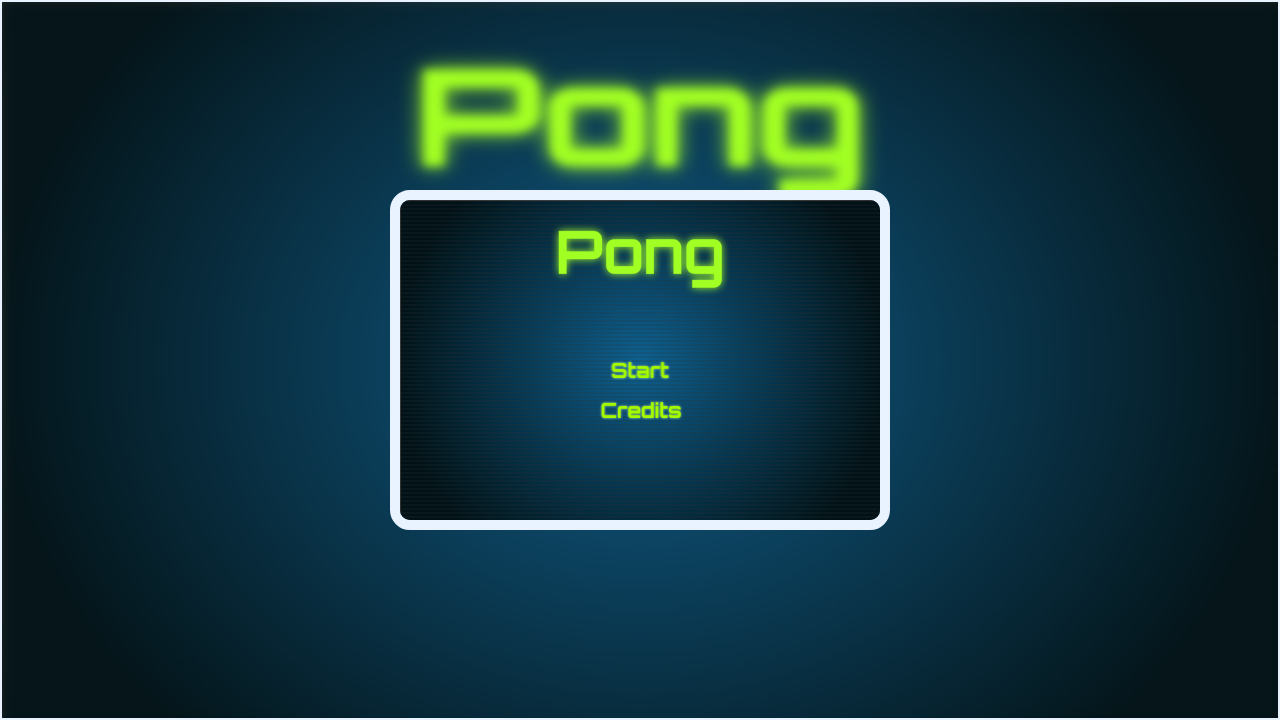
Repository: nourHellani/PongGame
Page: index.html
These files come from the project's save history. The page is drawn as it stood at one moment and after the next save; the edit follows.
The browser window is 1280 px wide. The pictures show the whole page.

Above is the page before, as saved 2023-02-03 16:39:40.

### index.html

<!DOCTYPE html>
<html>

<head>

	<title>Pong Game</title>
	<link rel="stylesheet" href="style.css" />

</head>

<body onload="Main();">

	<canvas id="Pong" width="480" height="320"></canvas>
	<script src="easel.js"></script>
	<script src="Tween.js"></script>
	<script src="sound.js"></script>
	<script src="Main.js"></script>
	<script src="https://code.jquery.com/jquery-3.5.1.min.js"></script>

</body>

</html>

### style.css
html {
    scroll-behavior: smooth;
}

body {
    margin: 0;
    padding: 0;
    box-sizing: border-box;
    border: 2px solid #e9f2ff;
    background: url("assets/png/main.png") no-repeat center center;
    background-size: 100% 100%;
    backdrop-filter: blur(5px);
    width: 100%;
    height: 100vh;
}
canvas {
    position: absolute;
    top: 0;
    left: 0;
    bottom: 0;
    right: 0;
    margin: auto;
    border: 10px solid #e9f2ff;
    border-radius: 20px;
}
@media screen and (min-width: 980px) and (max-width: 320px) and (orientation: landscape) {
    html {
      transform: rotate(-90deg);
      transform-origin: left top;
      width: 100vh;
      overflow-x: hidden;
      position: absolute;
      top: 100%;
      left: 0;
    }
  }

### sound.js
/**
* EaselJS
* Visit http://easeljs.com/ for documentation, updates and examples.
*
* Copyright (c) 2011 Grant Skinner
*
* Permission is hereby granted, free of charge, to any person
* obtaining a copy of this software and associated documentation
* files (the "Software"), to deal in the Software without
* restriction, including without limitation the rights to use,
* copy, modify, merge, publish, distribute, sublicense, and/or sell
* copies of the Software, and to permit persons to whom the
* Software is furnished to do so, subject to the following
* conditions:
*
* The above copyright notice and this permission notice shall be
* included in all copies or substantial portions of the Software.
*
* THE SOFTWARE IS PROVIDED "AS IS", WITHOUT WARRANTY OF ANY KIND,
* EXPRESS OR IMPLIED, INCLUDING BUT NOT LIMITED TO THE WARRANTIES
* OF MERCHANTABILITY, FITNESS FOR A PARTICULAR PURPOSE AND
* NONINFRINGEMENT. IN NO EVENT SHALL THE AUTHORS OR COPYRIGHT
* HOLDERS BE LIABLE FOR ANY CLAIM, DAMAGES OR OTHER LIABILITY,
* WHETHER IN AN ACTION OF CONTRACT, TORT OR OTHERWISE, ARISING
* FROM, OUT OF OR IN CONNECTION WITH THE SOFTWARE OR THE USE OR
* OTHER DEALINGS IN THE SOFTWARE.
**/
(function(m){function a(){throw"SoundJS cannot be instantiated";}function n(a,d){this.instances=[];this.name=a;this.src=d;this.loaded=this.canPlay=false;this.length=0}a.AUDIO_TIMEOUT=8E3;a.INTERRUPT_ANY=1;a.INTERRUPT_EARLY=2;a.INTERRUPT_LATE=3;a.INTERRUPT_NONE=4;a.onProgress=null;a.onSoundTimeout=null;a.onSoundLoadError=null;a.onSoundLoadComplete=null;a.onLoadQueueComplete=null;a.onSoundComplete=null;a.soundHash=[];a.loadQueue=[];a.itemsToLoad=0;a.instanceCount=0;a.INST_MAX=35;a.FT=0.0010;a.AUDIO_ERROR=
"error";a.AUDIO_PROGRESS="progress";a.AUDIO_COMPLETE="canplaythrough";a.AUDIO_ENDED="ended";a.AUDIO_STALLED="stalled";a._master=1;a._currentLoad=0;a.add=function(b,d,c){a.loadQueue.push({name:b,src:d,instances:c});a.loadQueue.length==1?(a.itemsToLoad=1,a.loadNext()):a.itemsToLoad++};a.addBatch=function(b){for(var d=b.length;b.length;)a.loadQueue.push(b.shift());a.loadQueue.length==d?(a.loadNext(),a.itemsToLoad=d):a.itemsToLoad++};a.play=function(b,d,c,e,f){if(b==null||a.soundHash[b]==null||a.soundHash[b].length==
0||d!=a.INTERRUPT_ANY&&d!=a.INTERRUPT_EARLY&&d!=a.INTERRUPT_LATE&&d!=a.INTERRUPT_NONE&&d!=null)return NaN;if(d==null)d=a.INTERRUPT_NONE;e==null&&(e=false);f||(f=0);c==null||c>1?c=1:c<0&&(c=0);if(f>0)setTimeout(function(){a.beginPlaying(b,d,c,e)},f);else return a.beginPlaying(b,d,c,e);return-1};a.getMasterVolume=function(){return a._master};a.setMasterVolume=function(b){if(Number(b)!=null){b<0?b=0:b>1&&(b=1);var d,c,e;d=a._master;a._master=b;if(a._master!=d)for(e in a.soundHash){c=a.soundHash[e];d=
c.length;for(b=0;b<d;b++)c[b].volume=c[b].storedVolume*a._master}}};a.remove=function(b,d){var c,e,f;if(b==null)for(c in a.soundHash){f=a.soundHash[c];e=f.length;do a.stop(c,e-1),f[e-1].currentSrc="",document.body.removeChild(f[e-1]),f.pop(),e=f.length,a.instanceCount--;while(e)}else{f=a.soundHash[b];if(f==null)return false;e=f.length;if(d==null){do a.stop(b,e-1),f[e-1].currentSrc="",document.body.removeChild(f[e-1]),f.pop(),e=f.length,a.instanceCount--;while(e)}else{if(d<=0||e<=0)return false;e--;
for(c=0;c<=e&&c<d;c++)a.stop(b,e-c),f[e-c].currentSrc="",document.body.removeChild(f[e-c]),f.pop(),a.instanceCount--}}return true};a.setVolume=function(b,d,c){var e,f;if(b==null)return false;b*=a._master;if(d==null)for(f in a.soundHash){e=a.soundHash[f];d=e.length;for(c=0;c<d;c++)e[c].storedVolume=b,e[c].volume=b}else{e=a.soundHash[d];if(e==null)return false;d=e.length;if(c==null)for(c=0;c<d;c++)e[c].storedVolume=b,e[c].volume=b;else{if(d<=c)return false;e[c].storedVolume=b;e[c].volume=b}}return true};
a.getVolume=function(b,d){var c=a.soundHash[b];return c==null||c.length==0?-1:d==null?c[1].storedVolume:c.length<d?-1:c[d].storedVolume};a.setMute=function(b,d,c){var e,f;if(b==null)return false;if(d==null)for(f in a.soundHash){e=a.soundHash[f];d=e.length;for(c=0;c<d;c++)e[c].muted=b}else{e=a.soundHash[d];if(e==null)return false;d=e.length;if(c==null)for(c=0;c<d;c++)e[c].muted=b;else{if(d<=c)return false;e[c].muted=b}}return true};a.pause=function(b,d){var c,e,f,g;if(b==null)for(g in a.soundHash){f=
a.soundHash[g];e=f.length;for(c=0;c<e;c++)f[c].pause()}else{f=a.soundHash[b];if(f==null)return false;e=f.length;if(d==null)for(c=0;c<e;c++)f[c].pause();else{if(e<=d)return false;f[d].pause()}}return true};a.resume=function(b,d){var c,e,f,g;if(b==null)for(g in a.soundHash){e=a.soundHash[g].length;for(c=0;c<e;c++)f=a.soundHash[g][c],(f.loop||f.currentTime!=f.duration&&f.currentTime!=0)&&f.play()}else{if(a.soundHash[b]==null)return false;e=a.soundHash[b].length;if(d==null)for(c=0;c<e;c++)f=a.soundHash[b][c],
(f.loop||f.currentTime!=f.duration&&f.currentTime!=0)&&f.play();else{if(e<=d)return false;f=a.soundHash[b][d];(f.loop||f.currentTime!=f.duration&&f.currentTime!=0)&&f.play()}}return true};a.stop=function(b,d){var c,e,f,g;if(b==null)for(g in a.soundHash){e=a.soundHash[g].length;for(c=0;c<e;c++){f=a.soundHash[g][c];try{f.currentTime=0}catch(h){}f.pause()}}else{if(a.soundHash[b]==null)return false;e=a.soundHash[b].length;if(d==null)for(c=0;c<e;c++)f=a.soundHash[b][c],f.currentTime=0,f.pause();else{if(e<=
d)return false;f=a.soundHash[b][d];f.currentTime=0;f.pause()}}return true};a.isLoaded=function(b){var d=true,c;if(b==null)for(c in a.soundHash){if(d=d&&a.soundHash[c]&&a.soundHash[c][0]&&a.soundHash[c][0].loaded,!d)break}else return a.soundHash[b]&&a.soundHash[b][0]&&a.soundHash[b][0].loaded;return d};a.getNumInstances=function(b){return b==null?instanceCount:a.soundHash[b]?a.soundHash[b].length:-1};a.getMaxInstances=function(){return a.INST_MAX};a.getCurrentLoadProgress=function(){return(a.itemsToLoad-
a.loadQueue.length-(1-a._currentLoad))/a.itemsToLoad};a.getInstance=function(b,d){return b==null||d<0||!a.soundHash[b]||!a.soundHash[b][d]?null:a.soundHash[b][d]};a.beginPlaying=function(b,d,c,e){var f,g,h,i=false,j=a.soundHash[b];if(!j[0].loaded)throw Error("Audio is not loaded. The source(s) are either not found, or the correct audio formats are not provided.");for(var k=j.length,b=0;b<k;b++){h=j[b];g==null&&d!=a.INTERRUPT_ANY&&d!=a.INTERRUPT_NONE&&(g=h,f=b);if(h.currentTime>=h.duration-a.FT&&!h.loop||
h.currentTime==0&&h.paused)i=true,k=b;else if(d==a.INTERRUPT_EARLY&&h.currentTime<g.currentTime||d==a.INTERRUPT_LATE&&h.currentTime>g.currentTime)i=true;i&&(g=h,f=b)}d==a.INTERRUPT_ANY&&!g&&(g=j[0],f=0);return g?(g.loop=e,g.storedVolume=c,g.volume=c*a._master,g.currentTime=0,g.paused&&g.play(),f):-1};a.loadNext=function(){if(a.loadQueue.length<=0){if(a.onLoadQueueComplete)a.onLoadQueueComplete()}else{var b=a.loadQueue.shift(),d=b.instances||1,c=b.name,b=b.src,e=a.soundHash[c];if(e==null)e=a.soundHash[c]=
[];else if(e.length)b=e[0].src;for(var f=e=e.length,d=e+d;f<d;f++){var g=document.createElement("audio");if(f==e)g.timeoutId=setTimeout(function(){a.handleAudioTimeout(g)},a.AUDIO_TIMEOUT),g.addEventListener(a.AUDIO_COMPLETE,a.handleAudioComplete,false),g.addEventListener(a.AUDIO_PROGRESS,a.handleProgress,false),g.addEventListener(a.AUDIO_STALLED,a.handleAudioStall,false),g.addEventListener(a.AUDIO_ERROR,a.handleAudioError,false),g.loaded=false;g.addEventListener(a.AUDIO_ENDED,a.handleEnded,false);
g.setAttribute("id",c+"_"+f);g.setAttribute("preload","auto");var h;if(b instanceof Array)for(var i=0,j=b.length;i<j;i++){var k=g.appendChild(document.createElement("source"));h=a.getType(b[i]);k.setAttribute("type",h);k.setAttribute("src",b[i])}else h=a.getType(b),g.setAttribute("type",h),g.setAttribute("src",b);g.load();document.body.appendChild(g);a.soundHash[c].push(g);a.instanceCount++}}};a.getType=function(a){switch(a.slice(a.lastIndexOf(".")+1)){case "mp3":return"audio/mpeg";case "ogg":return"audio/ogg";
case "wav":return"audio/wav";default:throw"'"+a+"' is not a recognized audio file";}};a.handleEnded=function(){if(a.onSoundEnded){var b=this.id.split("_");a.onSoundEnded(this,b[0],b[1])}};a.handleAudioTimeout=function(b){if(a.onSoundTimeout){var d=b.id.split("_");a.onSoundTimeout(b,d[0],d[1])}a.loadNext()};a.handleProgress=function(){try{this.buffered.end()}catch(b){return}a._currentLoad=this.buffered.end()/this.duration;if(a.onProgress)a.onProgress(a.getCurrentLoadProgress())};a.handleAudioError=
function(){clearTimeout(this.timeoutId);if(a.onSoundLoadError){var b=this.id.split("_");a.onSoundLoadError(this,b[0],b[1])}a.loadNext()};a.handleAudioComplete=function(){var b=this.id.split("_");this.removeEventListener(a.AUDIO_COMPLETE,a.handleAudioComplete,false);clearTimeout(this.timeoutId);this.loaded=true;if(a.onSoundLoadComplete)a.onSoundLoadComplete(this,b[0],b[1]);a.loadNext()};a.handleAudioStall=function(a){setTimeout(function(){testAudioStall(a)},0)};a.testAudioStall=function(){var b=this.id.split("_");
if(!a.soundHash[b[0]][b[1]].loaded){if(a.onStall)a.onStall(this,b[0],b[1]);a.loadNext()}};m.SoundJS=a;var l=n.prototype;l.add=function(a){this.instances.push(a);this.length=this.instances.length;this.instances.length==1&&a.addEventListener("canplaythrough",function(){a.canplaythrough()})};l.remove=function(a){this.instances.splice(a,1);this.length=this.instances.length};l.canplaythrough=function(){this.loaded=true};m.SoundJSElement=n})(window);

### Main.js
let counter = 0;
let timeout;
let timer_on = 0;
/* Define Canvas */

var canvas;
var stage;

// Graphics
//[This variable stores the title background image]

var bgImg = new Image();
var bg;

//[Title View]
//These variables store its components.

var mainImg = new Image();
var main;
var startBImg = new Image();
var startB;
var creditsBImg = new Image();
var creditsB;

//[Title View Group]

var TitleView = new Container();

//[Credits]
//This view will show the credits, year and copyright of the game, these variables will be used to store it.

var creditsViewImg = new Image();
var credits;

//[Game View]
//The next variables store the individual graphics that appear in the Game View:

var playerImg = new Image();
var player;
var ballImg = new Image();
var ball;
var cpuImg = new Image();
var cpu;
var winImg = new Image();
var win;
var loseImg = new Image();
var lose;
var timeupImg = new Image();
var timeup;

//[Score]
//The score values will be handled by the next variables:

var playerScore;
var cpuScore;
var timer;
var time;

// Variables
var xSpeed = 5; //Horizontal speed of the ball
var ySpeed = 5; //Vertical speed of the ball
var gfxLoaded = 0; //used as a preloader, counts the already loaded items
var tkr = new Object(); //used as an event listener to the Ticker


// Main Function
//  // While resizing,
window.addEventListener("resize", () => {
  Resize();
});

function Main() {

  /* Link Canvas */
  canvas = document.getElementById("Pong");
  stage = new Stage(canvas);


  /* Sound */

  SoundJS.addBatch([
    { name: "hit", src: "assets/mp3/hit.mp3", instances: 1 }, // played when the ball hits a paddle
    { name: "playerScore", src: "assets/mp3/playerScore.mp3", instances: 1 }, //played when they player scores
    { name: "enemyScore", src: "assets/mp3/enemyScore.mp3", instances: 1 }, //played when the enemy scores
    { name: "wall", src: "assets/mp3/wall.mp3", instances: 1 }, //played when the ball hits the top or bottom boundary
  ]);

  /* Load GFX */

  bgImg.src = "assets/png/bg.png";
  bgImg.name = "bg";
  bgImg.onload = loadGfx;

  mainImg.src = "assets/png/main.png";
  mainImg.name = "main";
  mainImg.onload = loadGfx;

  startBImg.src = "assets/png/startB.png";
  startBImg.name = "startB";
  startBImg.onload = loadGfx;

  creditsBImg.src = "assets/png/creditsB.png";
  creditsBImg.name = "creditsB";
  creditsBImg.onload = loadGfx;

  creditsViewImg.src = "assets/png/credits.png";
  creditsViewImg.name = "credits";
  creditsViewImg.onload = loadGfx;

  playerImg.src = "assets/png/paddle.png";
  playerImg.name = "player";
  playerImg.onload = loadGfx;

  ballImg.src = "assets/png/ball.png";
  ballImg.name = "ball";
  ballImg.onload = loadGfx;

  cpuImg.src = "assets/png/paddle.png";
  cpuImg.name = "cpu";
  cpuImg.onload = loadGfx;

  winImg.src = "assets/png/win.png";
  winImg.name = "win";
  winImg.onload = loadGfx;

  loseImg.src = "assets/png/lose.png";
  loseImg.name = "lose";
  loseImg.onload = loadGfx;

  timeupImg.src = 'assets/png/timesUp.png';
	timeupImg.name = 'timeup';
	timeupImg.onload = loadGfx;

  /* Ticker */

  Ticker.setFPS(30);
  Ticker.addListener(stage);
}

//Every time a graphic is loaded this function will run.
//It will assign each image to a bitmap object and check
// thatall the elements are loaded before proceeding
function loadGfx(e) {
  if ((e.target.name = "bg")) {
    bg = new Bitmap(bgImg);
  }
  if ((e.target.name = "main")) {
    main = new Bitmap(mainImg);
  }
  if ((e.target.name = "startB")) {
    startB = new Bitmap(startBImg);
  }
  if ((e.target.name = "creditsB")) {
    creditsB = new Bitmap(creditsBImg);
  }
  if ((e.target.name = "credits")) {
    credits = new Bitmap(creditsViewImg);
  }
  if ((e.target.name = "player")) {
    player = new Bitmap(playerImg);
  }
  if ((e.target.name = "ball")) {
    ball = new Bitmap(ballImg);
  }
  if ((e.target.name = "cpu")) {
    cpu = new Bitmap(cpuImg);
  }
  if ((e.target.name = "win")) {
    win = new Bitmap(winImg);
  }
  if ((e.target.name = "lose")) {
    lose = new Bitmap(loseImg);
  }
  if((e.target.name = 'timeup')){
    timeup = new Bitmap(timeupImg);
  }

  gfxLoaded++;

  if (gfxLoaded == 11) {
    addTitleView();
  }
}

// Add Title View Function
//When all the graphics are loaded the Title View is added to the stage by the following function:

function addTitleView() {
  startB.x = 240 - 31.5;
  startB.y = 160;
  startB.name = "startB";

  creditsB.x = 241 - 42;
  creditsB.y = 200;

  TitleView.addChild(main, startB, creditsB);
  stage.addChild(bg, TitleView);
  stage.update();

  // Button Listeners

  startB.onPress = tweenTitleView;
  creditsB.onPress = showCredits;
}

//The Credits screen is shown when the user clicks the credits button;
// a mouse listener is added to the full image to remove it.
function showCredits() {
  // Show Credits

  credits.x = 480;

  stage.addChild(credits);
  stage.update();
  Tween.get(credits).to({ x: 0 }, 300);
  credits.onPress = hideCredits;
}

// Hide Credits

function hideCredits(e) {
  Tween.get(credits).to({ x: 480 }, 300).call(rmvCredits);
}

// Remove Credits

function rmvCredits() {
  stage.removeChild(credits);
}

// Tween Title View

function tweenTitleView() {
  // Start Game
  Tween.get(TitleView).to({ y: -320 }, 300).call(addGameView);
}

// Add Game View

function addGameView() {
  // Destroy Menu & Credits screen

  stage.removeChild(TitleView);
  TitleView = null;
  credits = null;

  // Add Game View

  player.x = 2;
  player.y = 160 - 37.5;
  cpu.x = 480 - 25;
  cpu.y = 160 - 37.5;
  ball.x = 240 - 15;
  ball.y = 160 - 15;

  // Score

  playerScore = new Text("0", "bold 20px Arial", "#A3FF24");
  playerScore.maxWidth = 1000; //fix for Chrome 17
  playerScore.x = 211;
  playerScore.y = 20;

  cpuScore = new Text("0", "bold 20px Arial", "#A3FF24");
  cpuScore.maxWidth = 1000; //fix for Chrome 17
  cpuScore.x = 262;
  cpuScore.y = 20;

  timer = new Text('Timer:', 'bold 20px Arial', '#A3FF24');
	timer.maxWidth = 1000;	//fix for Chrome 17
	timer.x = 50;
	timer.y = 20;

	time = new Text('60', 'bold 20px Arial', '#A3FF24');
	time.maxWidth = 1000;	//fix for Chrome 17
	time.x = 120;
	time.y = 20;

  stage.addChild(playerScore, cpuScore,timer,time, player, cpu, ball);
  stage.update();

  // Start Listener

  bg.onPress = startGame;
}

// Player Movement

function movePaddle(e) {
  // Mouse Movement
  player.y = e.stageY;
}

// Start Game Function

function startGame(e) {
  bg.onPress = null;
  stage.onMouseMove = movePaddle;

  Ticker.addListener(tkr, false);
  tkr.tick = update;
}

/* Reset */

function reset() {
  ball.x = 240 - 15;
  ball.y = 160 - 15;
  player.y = 160 - 37.5;
  cpu.y = 160 - 37.5;

  stage.onMouseMove = null;
  Ticker.removeListener(tkr);
  bg.onPress = startGame;
}

// Update Function

function update() {
  // Ball Movement

  ball.x = ball.x + xSpeed;
  ball.y = ball.y + ySpeed;

  // Cpu Movement

  if (cpu.y < ball.y) {
    cpu.y = cpu.y + 2.5;
  } else if (cpu.y > ball.y) {
    cpu.y = cpu.y - 2.5;
  }

  // Wall Collision

  if (ball.y < 0) {
    ySpeed = -ySpeed;
    SoundJS.play("wall");
  } //Up
  if (ball.y + 30 > 320) {
    ySpeed = -ySpeed;
    SoundJS.play("wall");
  } //down

  if (!timer_on) {
    timer_on = 1;
    timedCount();
  }
  /* CPU Score */

  if (ball.x < 0) {
    xSpeed = -xSpeed;
    cpuScore.text = parseInt(cpuScore.text + 1);
    reset();
    SoundJS.play("enemyScore");
  }

  /* Player Score */

  if (ball.x + 30 > 480) {
    xSpeed = -xSpeed;
    playerScore.text = parseInt(playerScore.text + 1);
    reset();
    SoundJS.play("playerScore");
  }

  /* Cpu collision */

  if (
    ball.x + 30 > cpu.x &&
    ball.x + 30 < cpu.x + 22 &&
    ball.y >= cpu.y &&
    ball.y < cpu.y + 75
  ) {
    xSpeed *= -1;
    SoundJS.play("hit");
  }

  /* Player collision */

  if (
    ball.x <= player.x + 22 &&
    ball.x > player.x &&
    ball.y >= player.y &&
    ball.y < player.y + 75
  ) {
    xSpeed *= -1;
    SoundJS.play("hit");
  }

  /* Stop Paddle from going out of canvas */

  if (player.y >= 249) {
    player.y = 249;
  }

  /* Check for Win */

  if (playerScore.text == "1") {
    alert("win");
    clearTimeout(timeout);
    parseInt(time.text)=60; 		//to avoid loop of timeout

    reset();
    timer_on = 0;
  }

  /* Check for Game Over */

  if (cpuScore.text == "1") {
    alert("lose");
    clearTimeout(timeout);
    parseInt(time.text)=60; 		//to avoid loop of timeout

    reset();
    timer_on = 0;
  }

  // if(!timer_on && (parseInt(playerScore.text) == "1" || parseInt(cpuScore.text) == "1")){
  //   alert("lose");

  // }
}
function timedCount() {

  if ( parseInt(time.text) > 0  ) {
    time.text = parseInt(time.text - 1);
  }

 else {

 clearTimeout(timeout);
 alert('timeup');

 parseInt(time.text)=60; 		//to avoid loop of timeout

 reset();
 timer_on = 0;


}

 timeout = setTimeout(timedCount, 1000);
}


function alert(e) {
  Ticker.removeListener(tkr);
  stage.onMouseMove = null;
  bg.onPress = null;

  if (e == "win") {
    win.x = 140;
    win.y = -90;

    stage.addChild(win);
    Tween.get(win).to({ y: 115 }, 300);
  }
  else if(e == 'timeup')
	{
		timeup.x = 140;
		timeup.y = -90;

		stage.addChild(timeup);
		Tween.get(timeup).to({y: 115}, 300);


	}
  else if(e == 'lose')
  {
    lose.x = 140;
    lose.y = -90;

    stage.addChild(lose);
    Tween.get(lose).to({ y: 115 }, 300);
  }
}
function Resize() {
  // The minimum window's width should be 620. If not, alert comes.
  if (window.innerWidth <= 480) {
      alert("Please Rotate Your Device.");
      canvas.height = window.innerHeight;
      canvas.width = window.innerWidth;
  } else {
      // Or the canvas width and height resets.
      canvas.width = 480;
      canvas.height = 320;
  }
}
// Plays the Resize function once to test if the user's window is perfectly matches.

Loaded but not shown: easel.js (library); Tween.js (420 lines, source omitted)

After the next save:
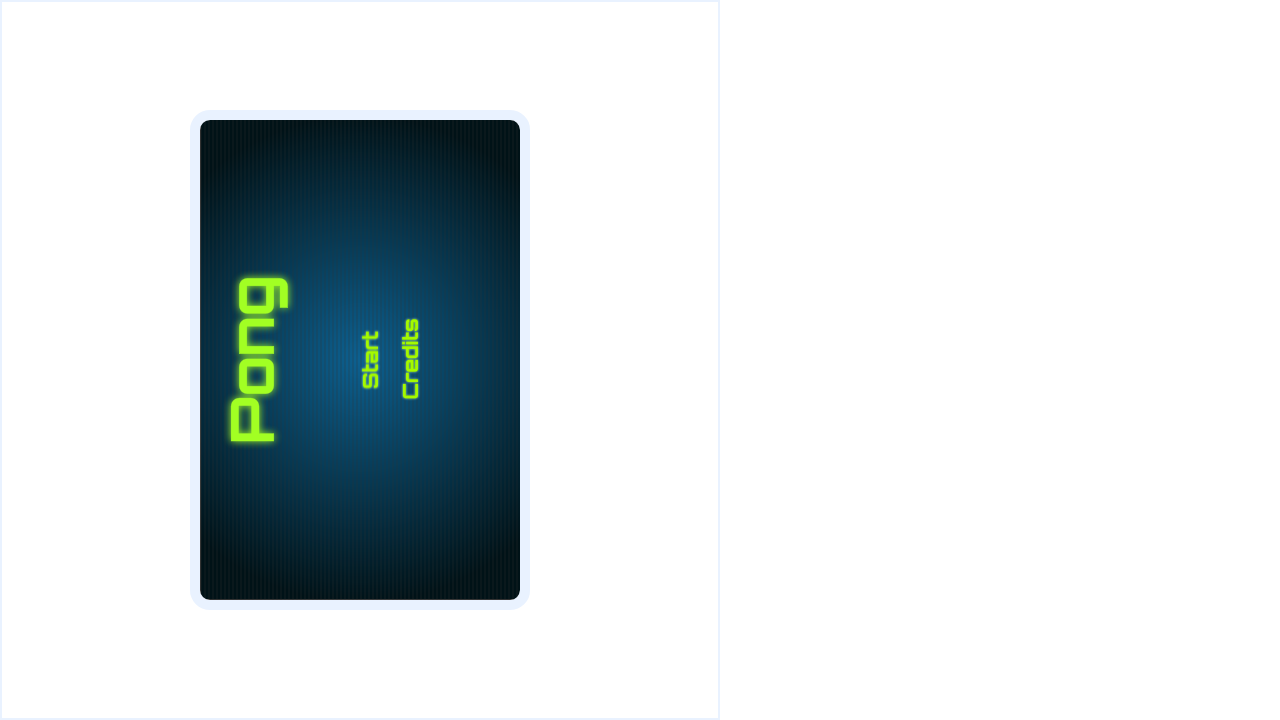
Saved 5 s later.
--- a/style.css
+++ b/style.css
@@ -23,7 +23,7 @@
     border: 10px solid #e9f2ff;
     border-radius: 20px;
 }
-@media screen and (min-width: 980px) and (max-width: 320px) and (orientation: landscape) {
+@media screen and (min-width: 980px) and (max-width: 2100px) and (orientation: landscape) {
     html {
       transform: rotate(-90deg);
       transform-origin: left top;

After the 2 saves that followed:
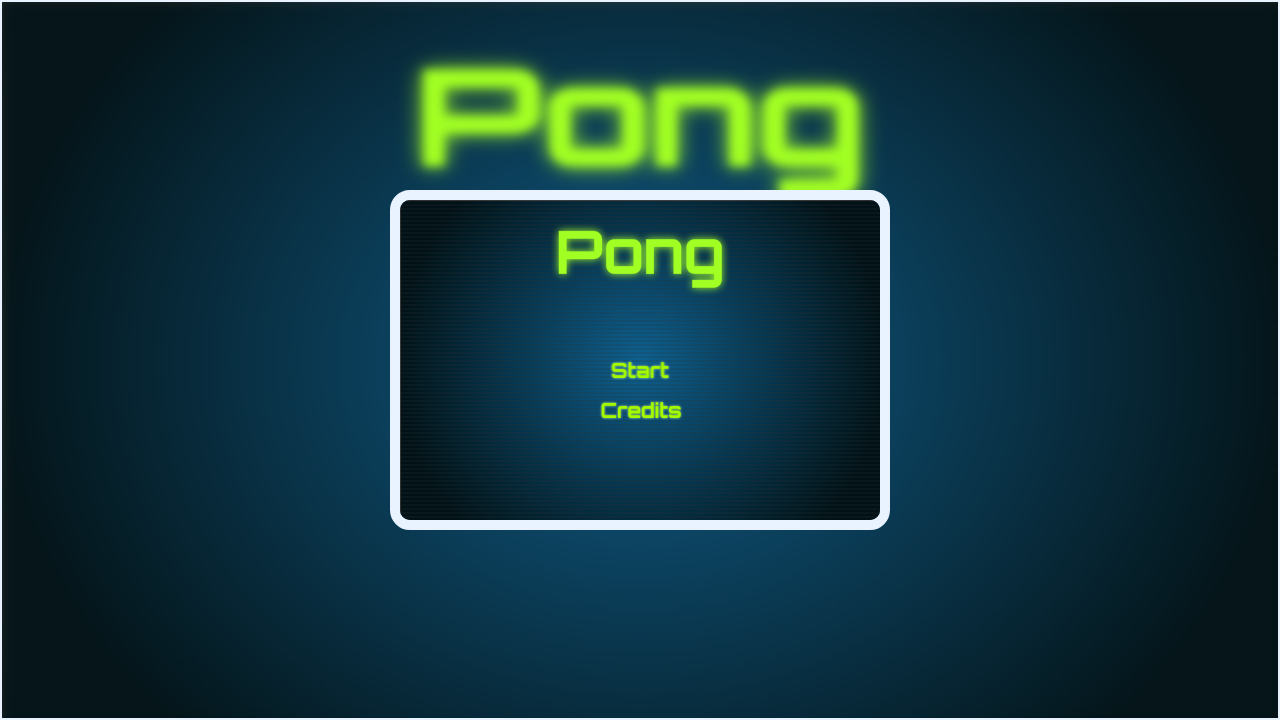
The 2 saves are shown as one change because they came seconds apart.
The last was saved 48 s later.
--- a/style.css
+++ b/style.css
@@ -23,7 +23,7 @@
     border: 10px solid #e9f2ff;
     border-radius: 20px;
 }
-@media screen and (min-width: 980px) and (max-width: 2100px) and (orientation: landscape) {
+@media screen and (min-width: 480px) and (max-width: 767px) and (orientation: landscape) {
     html {
       transform: rotate(-90deg);
       transform-origin: left top;
